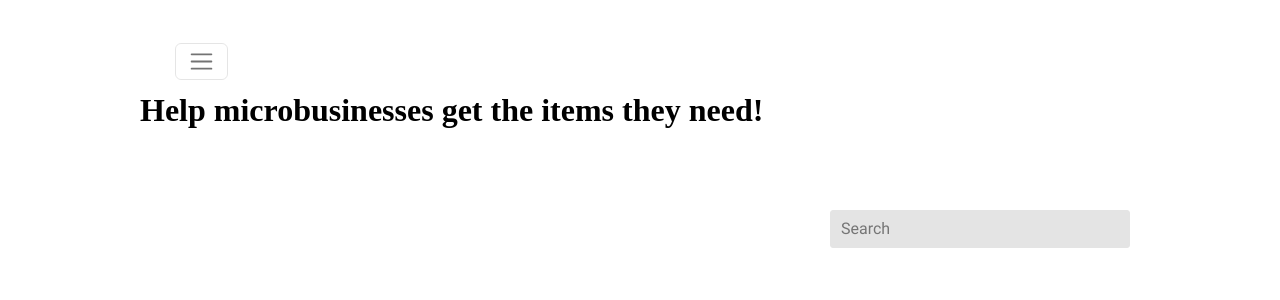
Repository: David-Waite/edableStyleChanges
Page: /
These files come from the project's save history. The page is drawn as it stood at one moment and after the next save; the edit follows.
The browser window is 1280 px wide. The pictures show the whole page.
The project was rebuilt for these pictures with package versions that can differ from the ones it lists, and the page was loaded fresh each time. Also part of the build but not shown: src/components/Item/ProgressBar.css, src/components/Volunteer/Volunteer.tsx, src/components/DonorForm/Message.css, src/components/Volunteer/VolunteerError.tsx, src/components/Default.tsx, src/components/DonorForm/Paypal.tsx, src/components/DonorForm/DonorForm.tsx, src/components/Organisation/Organisation.module.css and 9 more.

Above is the page before, as saved 2022-10-27 17:42:24.

### public/index.html
<!DOCTYPE html>
<html lang="en">
  <head>
    <meta charset="utf-8" />
    <link rel="icon" href="%PUBLIC_URL%/favicon.ico" />
    <meta name="viewport" content="width=device-width, initial-scale=1" />
    <meta name="theme-color" content="#000000" />
    <meta name="description" content="EdAble Donations System" />
    <link rel="apple-touch-icon" href="%PUBLIC_URL%/logo192.png" />
    <link rel="manifest" href="%PUBLIC_URL%/manifest.json" />
    <link
      rel="stylesheet"
      href="https://cdn.jsdelivr.net/npm/bootstrap@5.2.0-beta1/dist/css/bootstrap.min.css"
      integrity="sha384-0evHe/X+R7YkIZDRvuzKMRqM+OrBnVFBL6DOitfPri4tjfHxaWutUpFmBp4vmVor"
      crossorigin="anonymous"
    />
    <title>EdAble Donations</title>
  </head>
  <body>
    <noscript>You need to enable JavaScript to run this app.</noscript>
    <div id="root"></div>
  </body>
  <script src="./iframeResizer.contentWindow.min.js"></script>
</html>

### src/index.tsx
import React from 'react';
import ReactDOM from 'react-dom/client';
import './index.css';
import App from './App';
import reportWebVitals from './reportWebVitals';
import './fonts/Roboto/Roboto-Medium.ttf';
import './fonts/Lora/Lora-VariableFont_wght.ttf';

const root = ReactDOM.createRoot(
  document.getElementById('root') as HTMLElement
);
root.render(
  <React.StrictMode>
    <App />
  </React.StrictMode>
);

// If you want to start measuring performance in your app, pass a function
// to log results (for example: reportWebVitals(console.log))
// or send to an analytics endpoint. Learn more: https://bit.ly/CRA-vitals
reportWebVitals();

### src/index.css
body {
  margin: 0;
  -webkit-font-smoothing: antialiased;
  -moz-osx-font-smoothing: grayscale;
}

code {
  font-family: source-code-pro, Menlo, Monaco, Consolas, "Courier New",
    monospace;
}

* {
  box-sizing: border-box;
}

#page-wrap {
  padding-bottom: 10px;
  padding-top: 10px;
}
@font-face {
  font-family: "Roboto";
  src: local("Roboto"),
    url("./fonts/Roboto/Roboto-Medium.ttf") format("truetype");
}

@font-face {
  font-family: "Lora";
  src: local("Lora"),
    url("./fonts/Lora/Lora-VariableFont_wght.ttf") format("truetype");
}


h1 {
  font-family: "Roboto";
  font-style: normal;
  font-weight: 700;
  font-size: 52px;
  line-height: 64px;
  /* identical to box height, or 123% */
  color: #000000;
}


h2 {
  font-family: "Lora";
  font-style: normal;
  font-weight: 700;
  font-size: 47px;
  line-height: 60px;
  /* identical to box height, or 128% */
  color: #f1f1f1;
}

h3 {
  font-family: "Lora";
  font-style: normal;
  font-weight: 700;
  font-size: 40px;
  line-height: 51px;
  color: #c4c4c4;
}

h4 {
  font-family: "Roboto";
  font-style: normal;
  font-weight: 700;
  font-size: 35px;
  line-height: 43px;
  /* identical to box height, or 123% */
  letter-spacing: 0.02em;
  color: #000000;
}

h5 {
  font-family: "Roboto";
  font-style: normal;
  font-weight: 700;
  font-size: 28px;
  line-height: 44px;
  /* identical to box height, or 157% */
  color: #000000;
}

h6 {
  font-family: "Roboto";
  font-style: normal;
  font-weight: 700;
  font-size: 21px;
  line-height: 25px;
  /* identical to box height */
  color: #000000;
}

body {
  font-family: "Roboto";
  font-style: normal;
  font-weight: 400;
  font-size: 21px;
  line-height: 32px;
  /* identical to box height, or 152% */
  color: #000000;
}

### src/App.tsx
import React from "react";
import "./App.css";
import { BrowserRouter, Routes, Route } from "react-router-dom";

import { PayPalScriptProvider } from "@paypal/react-paypal-js";
import Base from "./components/Base";
import Landing from "./components/Landing/Landing";
import Volunteer from "./components/Volunteer/Volunteer";
import VolunteerError from "./components/Volunteer/VolunteerError";
import Default from "./components/Default";
import Organisation from "./components/Organisation/Organisation";
import ItemPage from "./components/Item/ItemPage";
import Success from "./components/DonorForm/Success";
import Cancel from "./components/DonorForm/Cancel";
import PastDonations from "./components/DonorForm/PastDonations";
import PastItemDonations from "./components/DonorForm/PastItemDonations";
import DonateTime from "./components/Volunteer/DonateTime";

function App() {
  return (
    <PayPalScriptProvider
      options={{
        "client-id":
        process.env.REACT_APP_PAYPAL_CLIENT_ID||"ATT3Tn46NrmHggGqVC4mzWOZWlnbp2ID9DA0yQnhsgqPFIVPPlLhfSI_-atbZc3aN7n_k7wUVTyQJMnI",
        currency: "AUD",
      }}
    >
      <BrowserRouter>
        <Routes>
          <Route path="/" element={<Base />}>
            <Route path="/" element={<Landing />} />
            <Route path="volunteer" element={<Volunteer />} />
            <Route path="success" element={<Success />} />
            <Route path="organisation/:orgId" element={<Organisation />} />
            <Route path="cancel/:orgId" element={<Cancel />} />
            <Route path="volunteererror/:orgId" element={<VolunteerError />} />
            <Route path="organisation/:orgId" element={<PastDonations />} />
            <Route path="item/:orgID/:itemID" element={<ItemPage />} />
            <Route path="item/:orgID/:itemID" element={<PastItemDonations />} />
            <Route path="volunteer/organisation/:orgId" element={<DonateTime />} />
            <Route path="volunteer/success" element={<Success />} />

            {/* Using path="*"" means "match anything", so this route
                acts like a catch-all for URLs that we don't have explicit
              routes for. */}
            <Route path="*" element={<Default />} />
          </Route>
        </Routes>
      </BrowserRouter>
    </PayPalScriptProvider>
  );
}

export default App;

### src/App.css
.App {
  text-align: center;
}

.App-logo {
  height: 40vmin;
  pointer-events: none;
}

@media (prefers-reduced-motion: no-preference) {
  .App-logo {
    animation: App-logo-spin infinite 20s linear;
  }
}

.App-header {
  background-color: #282c34;
  min-height: 100vh;
  display: flex;
  flex-direction: column;
  align-items: center;
  justify-content: center;
  font-size: calc(10px + 2vmin);
  color: white;
}

.App-link {
  color: #61dafb;
}

@keyframes App-logo-spin {
  from {
    transform: rotate(0deg);
  }
  to {
    transform: rotate(360deg);
  }
}

.font-face-rob {
  font-family: "Roboto";
}

.font-face-lora {
  font-family: "Lora";
}

.font-face-Black {
  font-family: "black_stonealternative";
}

### src/components/Base.tsx
import { Outlet } from 'react-router-dom';

function BasePage() {
  return (
    <>
      {/* An <Outlet> renders whatever child route is currently active,
          so you can think about this <Outlet> as a placeholder for
        the child routes we defined above. */}
      <Outlet/>
    </>
  );
}

export default BasePage;

### src/components/Landing/Landing.tsx
import { useEffect, useState } from "react";
import "./Landing.css";
import { Link } from "react-router-dom";
import { db } from "../../config/firebase";
import { collection, query, onSnapshot, where } from "firebase/firestore";
import { Button, Container, Carousel, Row, Col } from "react-bootstrap";
import { ReactComponent as InclusionHero } from "./InclusionHero.svg";

import Sidebar from "./Sidebar";
import ItemsCollection from "./ItemsCollection";
import Organisation from "../Organisation/Organisation";

function Landing() {
  const [orgList, setOrgList] = useState<any>([]);

  // gets all the orgs from dbs
  useEffect(() => {
    const q = query(
      collection(db, "Organisations"),
      where("activeStatus", "==", true)
    );
    onSnapshot(q, (querySnapshot) => {
      // setOrgList dumps all the orgs in orgList
      setOrgList(
        querySnapshot.docs.map((doc) => ({
          id: doc.id,
          data: doc.data(),
        }))
      );
    });
  }, []);

  useEffect(() => {
    window.scrollTo(0, 0);
  }, []);

  return (
    //   these lines set up the format of the page
    <>
      <div className="landing">
        {/* Burger menu */}
        <div className="navBarContainer">
          <Sidebar orgList={orgList} />
        </div>

        <div className="App" id="outer-container">
          {/* Carousel */}
          <Container>
            <Row>
              <Col>
                <div className="carouselContainer">
                  <Carousel
                    touch={true}
                    interval={4000}
                    indicators={true}
                    variant="light"
                  >
                    {orgList.map((org: any) => (
                      <Carousel.Item
                        key={org.id.toString()}
                        style={{
                          textAlign: "left",
                        }}
                      >
                        <Link
                          to={`organisation/${org.id}`}
                          style={{
                            textDecoration: "none",
                            color: "black",
                          }}
                        >
                          {/* this div contains the carousel item's contents and makes the whole carousel item a link (based on link tag above) */}
                          <div
                            className="carousel-contents"
                            style={{ backgroundImage: `url(${org.data.img})` }}
                          >
                            <h2 className="title">{org.data.name}</h2>
                            <div className="carousel-contents-bottom">
                              <p className="orgSummary">{org.data.summary}</p>
                              <Button
                                className="btnContribute"
                                variant="warning"
                              >
                                <div>
                                  CONTRIBUTE TO
                                  <span>{org.data.name.toUpperCase()}</span>!
                                </div>
                              </Button>
                            </div>
                          </div>
                        </Link>
                      </Carousel.Item>
                    ))}
                  </Carousel>
                </div>
              </Col>
            </Row>
          </Container>
        </div>

        <ItemsCollection orgList={orgList} />
      </div>
    </>
  );
}

export default Landing;

### src/components/Landing/Landing.css
.carousel-control-next,
.carousel-control-prev {
  width: 10%;
}

/* .landing {
  background-color: #ffffd9;
} */

.landing {
  max-width: 1000px;
  padding-top: 20px;
  margin: 0 auto 90px;
}

.title {
  font-size: 33px;
  font-family: sans-serif;
  height: auto;
  margin-bottom: 0px;
}

.header {
  /* margin-top: 15px;
  margin-left: 20px;
  margin-right: 20px; */
  padding-left: 3vw;
  padding-right: 3vw;
  /* padding-bottom: 20px; */
  padding-top: 3vh;
  background-color: black;
}

.star {
  height: 200px;
  width: 400px;
  display: block;
  margin: auto;
}

.col {
  padding: 0;
}

@media screen and (min-width: 100px) {
  h1 {
    font-size: calc(20px + 8vw);
  }

  h3 {
    font-size: calc(15px + 0.8vw);
  }

  p {
    font-size: calc(8px + 1vw);
    font-weight: 250;
  }
}

.navBarContainer {
  margin-left: 30px;
  margin-top: 10px;
  position: absolute;
  color: white;
}

.carousel {
  /* margin: 3px; */
  /* border-radius: 30px; */

  color: white;
  /* height: ; */
}

.carousel-contents {
  display: flex;

  flex-direction: column;
  justify-content: flex-end;

  padding: 10px 25px;
  color: white;
  height: 500px;
}

.carousel-indicators {
  margin-bottom: 10px;
}

.carousel-contents-bottom {
  display: flex;
  align-items: center;
  justify-content: space-between;
  gap: 20px;

  margin-bottom: 30px;
}

.btnContribute {
  background-color: #e50040;
  color: white;
  border: none;
  border-radius: 3px;
  padding: 10px 15px;
}

.btnContribute span {
  margin-left: 3px;
  font-size: 16px;
  font-weight: 400;
  color: white;
}

.btnContribute div {
  width: 300px;
  font-size: 16px;
  font-weight: 400;
  margin: 0;
}

.btnContribute:hover {
  background-color: #d4033e;
  color: white;
}

.orgSummary {
  font-size: 16px;
  line-height: 25px;
}

.imgCarousel {
  width: 100%;
  height: 600px;
}
@media screen and (max-width: 770px) {
  .btnContribute {
    font-size: 17px;
    color: white;
  }
  .btn {
    --bs-btn-line-height: 1.75;
  }
}

@media screen and (max-width: 500px) {
  .star {
    height: 150px;
    width: 300px;
  }
  .btnContribute {
    font-size: 15px;
  }
}
@media screen and (max-width: 400px) {
  .btnContribute {
    font-size: 13px;
  }
  .btn {
    --bs-btn-line-height: 1;
  }
}
@media screen and (max-width: 340px) {
  .star {
    height: 100px;
    width: 200px;
  }
  h2 {
    font-size: 20px;
  }
  .orgSummary {
    font-size: 15px;
  }
  .imgCarousel {
    width: 150px;
    height: 150px;
  }
}
@media screen and (max-width: 340px) {
  .navBarContainer {
    margin-left: 20px;
  }
}

/* #carousel-indicators {
    color:rgb(17, 0, 61)
} */

/* Button {
  font-size: x-small;




   <img
                              className="imgCarousel"
                              src={org.data.img}
                              alt={`${org.data.name}` + "'s logo"}
                            />
} */

### src/config/firebase.js
import { initializeApp } from "firebase/app";
import { getFirestore } from "firebase/firestore";
import { initializeAppCheck, ReCaptchaV3Provider } from "firebase/app-check";

const firebaseConfig = {
  apiKey: "AIzaSyDs6EtNxxw7Q9vqGTd9EFzCkpK4aQ9u_dY",
  authDomain: "edable-swinburne.firebaseapp.com",
  projectId: "edable-swinburne",
  storageBucket: "edable-swinburne.appspot.com",
  messagingSenderId: "217658206897",
  appId: "1:217658206897:web:529a69fce1bf349d7ad090",
  measurementId: "G-2R2MP9QZ9F",
};

// Initialize Firebase
const app = initializeApp(firebaseConfig);
const db = getFirestore(app);

// app check
const appCheck = initializeAppCheck(app, {
  provider: new ReCaptchaV3Provider("6LcACHkiAAAAAI-dIVsdXLO9-vrCICsqM5sRRjbJ"),
  isTokenAutoRefreshEnabled: true,
});

export { db };

### src/components/Landing/Sidebar.tsx
import { useState, useEffect } from "react";
import { query, onSnapshot, collection, where } from "firebase/firestore";
import { db } from "../../config/firebase";
import { Link } from "react-router-dom";
import Navbar from "react-bootstrap/Navbar";
import Offcanvas from "react-bootstrap/Offcanvas";

type SidemenuProps = {
  pageWrapId: string;
  outerContainerId: string;
};

function Sidebar(props: any) {
  const [search, setSearch] = useState<string>("");

  const handleChange = (e: React.ChangeEvent<HTMLInputElement>) => {
    setSearch(e.target.value);
  };

  const filteredOrganisations = props.orgList.filter((Organisations: any) =>
    Organisations.data.name.toLowerCase().includes(search.toLowerCase())
  );
  return (
    <>
      <Navbar expand={false}>
        <Navbar.Toggle aria-controls={`offcanvasNavbar-expand`} />
        <Navbar.Offcanvas
          id={`offcanvasNavbar-expand`}
          aria-labelledby={`offcanvasNavbarLabel-expand`}
        >
          <Offcanvas.Header closeButton>
            <Offcanvas.Title
              id={`offcanvasNavbarLabel-expand`}
              style={{
                fontSize: "20px",
              }}
            >
              Social-enterprises supported by EdAble
            </Offcanvas.Title>
          </Offcanvas.Header>
          <Offcanvas.Body>
            <input type="text" onChange={handleChange} placeholder="Search" />
            {filteredOrganisations.map((Organisation: any) => (
              <Link
                style={{
                  textDecoration: "none",
                  color: "black",
                }}
                to={`organisation/${Organisation.id}`}
                key={Organisation.id}
              >
                <br />
                <div>{Organisation.data.name}</div>
              </Link>
            ))}
          </Offcanvas.Body>
        </Navbar.Offcanvas>
      </Navbar>
    </>
  );
}

export default Sidebar;

### src/components/Landing/ItemsCollection.tsx
import { useState, useEffect } from "react";
import {
  collectionGroup,
  query,
  onSnapshot,
  collection,
  where,
  getDocs,
} from "firebase/firestore";
import { db } from "../../config/firebase";
import Card from "react-bootstrap/Card";
import ProgressBar from "react-bootstrap/ProgressBar";
import { Link } from "react-router-dom";
import styles from "./ItemsCollection.module.css";
import "../Item/ProgressBar.css";

function ItemsCollection(props: any) {
  const [itemList, setItemList] = useState<any>([]);
  const [search, setSearch] = useState<string>("");

  useEffect(() => {
    const q = query(
      collectionGroup(db, "Items"),
      where("activeStatus", "==", true)
    );

    onSnapshot(q, async (querySnapshot) => {
      setItemList(
        querySnapshot.docs.map((doc) => ({
          id: doc.id,
          data: doc.data(),
          parentDoc: doc.ref.parent.parent?.id,
        }))
      );
    });
  }, []);

  function mergeLists() {
    const mergeList: any = [];
    itemList.map((item: any) => {
      props.orgList.map((org: any) => {
        if (item.parentDoc === org.id) {
          if (item.data.activeStatus === true) {
            mergeList.push({
              ...item,
              orgName: org.data.name,
              orgActiveStatus: org.data.activeStatus,
            });
          }
        }
      });
    });
    return mergeList;
  }

  const mergeList = mergeLists();

  const handleChange = (e: React.ChangeEvent<HTMLInputElement>) => {
    setSearch(e.target.value);
  };
  const filteredItems = mergeList.filter((item: any) =>
    item.data.name.toLowerCase().includes(search.toLowerCase())
  );
  return (
    <>
      <div className={styles.containerDiv}>
        <h2 className={styles.title}>
          Help microbusinesses get the items they need!
        </h2>
        <div
          className={styles.searchBar}
          style={{
            borderRadius: "3px",
            display: "flex",
            alignItems: "right",
            justifyContent: "right",
          }}
        >
          <input
            style={{ fontSize: "16px" }}
            className={styles.input}
            type="text"
            onChange={handleChange}
            placeholder="Search"
          />
        </div>

        <div className={styles.cardParentDiv}>
          {filteredItems.map((item: any) => (
            <div key={item.id.toString()} className={styles.cards}>
              <img src={item.data.img} alt={`Image of  ${item.data.name}`} />
              <div className={styles.cardBody}>
                <div>
                  <h3 className={styles.cardTitle}>
                    {item.orgName}:
                    <br />
                    <span>{item.data.name}</span>
                  </h3>

                  <p className={styles.cardDes}>{item.data.summary}</p>
                </div>

                <div className={styles.bottomHalfCard}>
                  <ProgressBar
                    striped
                    now={
                      item.data.totalDonationsValue
                        ? (item.data.totalDonationsValue /
                            item.data.initialPrice) *
                          100
                        : 0
                    }
                    label={`${Math.round(
                      (item.data.totalDonationsValue / item.data.initialPrice) *
                        100
                    )}%`}
                  />
                  <Link
                    style={{
                      textDecoration: "none",
                      color: "black",
                    }}
                    to={`item/${item.parentDoc}/${item.id}`}
                  >
                    <div className={styles.btn}>DONATE NOW!</div>
                  </Link>
                </div>
              </div>
            </div>
          ))}
        </div>
      </div>
    </>
  );
}

export default ItemsCollection;

### src/components/Landing/ItemsCollection.module.css
.containerDiv {
  /* background-color: rgb(212, 238, 249); */
  border-radius: 40px;
}

.searchBar {
  border-radius: 3px !important;
  padding: 0;
}
.title {
  font-size: 32px;
  color: black;
  font-family: "black_stonealternative";
  margin-top: 60px;
  margin-bottom: 60px;
}

.input {
  margin: 10px;
  width: 300px;
  border-radius: 3px;
  padding: 2px 10px;
}

.cardParentDiv {
  display: grid;
  grid-template-columns: 1fr 1fr 1fr;
  gap: 30px;
}

.bottomHalfCard {
  align-self: end;
}
.cardParentDiv img {
  width: 100%;
  height: 180px;
  object-fit: cover;
  padding: 0;
  margin: 0;
}

.cardTitle {
  font-size: 18px;
  color: black;
  font-family: sans-serif;
  height: auto;
  line-height: 25px;
}

.cardTitle span {
  color: #e50040;
}

.cardDes {
  height: 60px;
  margin-top: 0px;
  color: rgb(29, 29, 29);
  font-size: 16px;
  letter-spacing: 0.1px;
  line-height: 16px;
  font-weight: 400;
}

.btn {
  text-decoration: none;
  color: white;
  display: flex;
  align-items: center;
  justify-content: center;
  height: 40px;
  margin-top: 10px;
  margin-bottom: -15px;
  text-align: center;
  border-radius: 3px;
  font-size: 16px;
  font-weight: 400;

  background-color: #5e17a9;
}

.cardBody {
  padding: 10px 10px 30px 10px;
}

.cards {
  border-radius: 3px;
  border: none;
  background-color: #f4f4f4;
}

@media (max-width: 1200px) {
  .cards {
    flex: 25%;
  }
}
@media (max-width: 1000px) {
  .cards {
    flex: 42%;
  }
  .input {
    width: 30%;
  }
}
@media (max-width: 768px) {
  .cards {
    flex: 75%;
  }
  .input {
    width: 50%;
  }
}
@media (max-width: 630px) {
  .cards {
    flex: 100%;
  }
  .input {
    width: 70%;
  }
}
@media (max-width: 500px) {
  .input {
    width: 100%;
  }
  .containerDiv {
    padding: 15px;
  }
  .cards {
    margin-left: 0px;
    margin-right: 0px;
    box-shadow: 4px 4px 13px -4px #3f3f3f;
  }
  .itemImg {
    width: 175px;
    height: 175px;
  }
}

### src/components/DonorForm/DonorForm.css
.donorInfoContainer, .VolunteerInfoContainer {
  border-radius: 10px;
  border: 1px solid rgb(215, 215, 215);
  padding: 30px;
  min-width: 500px;
  max-width: 60%;
  background-color: white;
  display: flex;
  justify-content: center;
}

.presetButtons {
  display: flex;
  align-items: center;
  justify-content: center;
}

label {
  font-size: small;
  color: rgb(46, 46, 46);
}

input, select {
  display: block;
  box-sizing: border-box;
  width: 100%;
  border-radius: 3px;
  border: 1px solid #e4e4e4;
  padding: 10px 10px;
  margin-bottom: 1px;
  font-size: 12px;
  background-color: #e4e4e4;
}

span {
  font-size: large;
  color: red;
}

.proceedPayBtn {
  color: white;
  background-color: #FF7000;
  border-color: #FF7000;
}

button {
  border-radius: 4px;
  border: 1px solid rgb(215, 215, 215);
  padding: 5px 10px;
  font-size: 14px;
  margin: 5px;
  color:white;
  background-color: #FF7000;
  border-color: #FF7000;
}

button[type='submit'],
input[type='submit'] {
  background: #ec598f;
  color: white;
  text-transform: uppercase;
  border: none;
  margin-top: 40px;
  padding: 10px;
  font-size: 16px;
  font-weight: 400;
  letter-spacing: 10px;
}

button[type='submit']:hover,
input[type='submit']:hover {
  background: #bf1650;
}

@media screen and (max-width: 630px) {
  .donorInfoContainer, .VolunteerInfoContainer{
    width: calc(100vw - 30px);
    min-width:0px;
    max-width: 100%;
  }
}
@media screen and (max-width: 310px) {
  .donorInfoContainer, .VolunteerInfoContainer{
    padding:10px;
    padding-top: 30px;
  }
}
/* .volunteerOrgInfo{
  display: none;
} */
.DOB{
  display: block;
}
/* #isOrg:checked + .volunteerOrgInfo {
  display: block;
} */
#isOrg:checked ~ .DOB {
  display: none;
}

Loaded but not shown: src/reportWebVitals.ts (common file); public/iframeResizer.contentWindow.min.js (library)

After the next save:
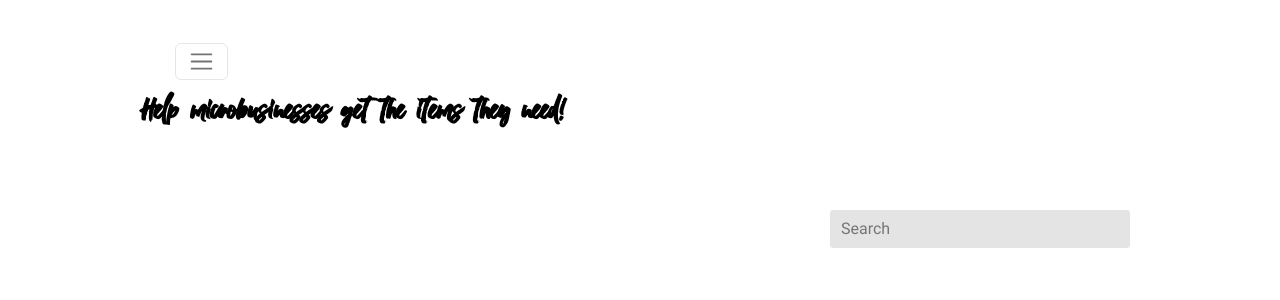
Saved 70 s later.
--- a/src/index.css
+++ b/src/index.css
@@ -29,6 +29,11 @@ code {
     url("./fonts/Lora/Lora-VariableFont_wght.ttf") format("truetype");
 }
 
+@font-face {
+  font-family: "black_stonealternative";
+  src: local("blackStone"),
+    url("./fonts/BlackStone/blackstone-alternative-webfont.woff") format("woff");
+}
 
 h1 {
   font-family: "Roboto";
@@ -39,7 +44,6 @@ h1 {
   /* identical to box height, or 123% */
   color: #000000;
 }
-
 
 h2 {
   font-family: "Lora";
